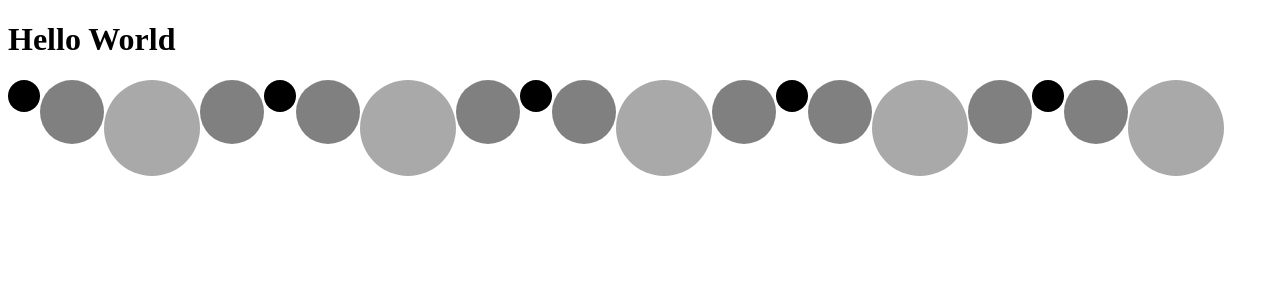
Repository: sarahlochhead/css-demo
Page: index.html
These files come from the project's save history. The page is drawn as it stood at one moment and after the next save; the edit follows.
The browser window is 1280 px wide. The pictures show the whole page.

Above is the page before, as saved 2023-04-28 12:30:06.

### index.html
<!DOCTYPE html>
<html lang="en">
<head>
    <meta charset="UTF-8">
    <meta http-equiv="X-UA-Compatible" content="IE=edge">
    <meta name="viewport" content="width=device-width, initial-scale=1.0">
    <title>Light It Up Demo</title>
    <link rel="stylesheet" href="styles.css">
</head>
<body>
    <header>
        <h1>Hello World</h1>
    </header>
    <div class="row">
        <div class="small"></div>
        <div class="medium"></div>
        <div class="large"></div>
        <div class="medium"></div>
        <div class="small"></div>
        <div class="medium"></div>
        <div class="large"></div>
        <div class="medium"></div>
        <div class="small"></div>
        <div class="medium"></div>
        <div class="large"></div>
        <div class="medium"></div>
        <div class="small"></div>
        <div class="medium"></div>
        <div class="large"></div>
        <div class="medium"></div>
        <div class="small"></div>
        <div class="medium"></div>
        <div class="large"></div>
    </div>










</body>
</html>

### styles.css
@charset "utf-8";

/* h1 {
    position: absolute;
    top: 50%;
    font-size: 5rem;
    margin: 0 auto;
} */
.row {
    display: flex;

}

.small {
    height: 2rem;
    width: 2rem;
    border-radius: 100%;
    background-color: black;
}

.medium {
    height: 4rem;
    width: 4rem;
    border-radius: 100%;
    background-color: grey;
}

.large {
    height: 6rem;
    width: 6rem;
    border-radius: 100%;
    background-color: darkgray;
}

After the next save:
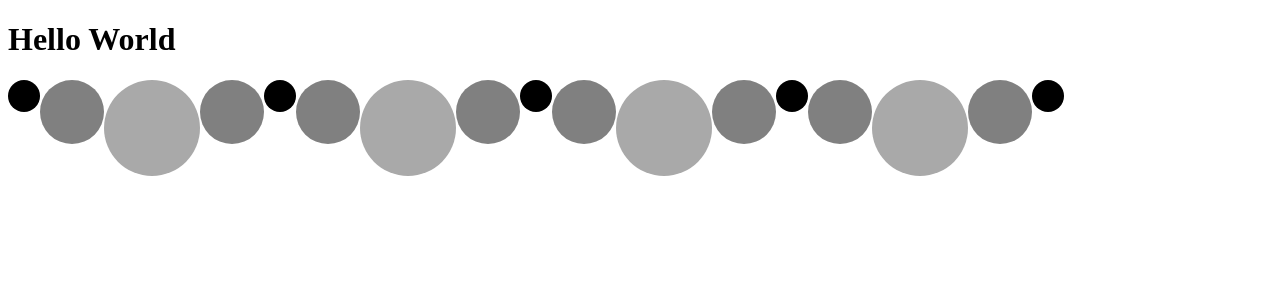
Saved 5 s later.
--- a/index.html
+++ b/index.html
@@ -29,8 +29,6 @@
         <div class="large"></div>
         <div class="medium"></div>
         <div class="small"></div>
-        <div class="medium"></div>
-        <div class="large"></div>
     </div>
 
 
